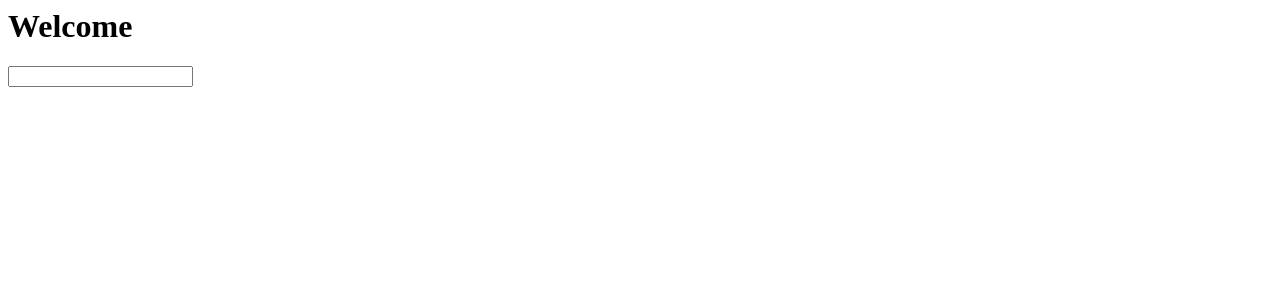
Repository: varshaumeshhs55/ServletProject
Page: LoginRegistrationApp/WebContent/index.html
The author's editor kept a copy of each file at every save. The page is drawn from the files as they stood at one save, then again after the next save.
The browser window is 1280 px wide. The pictures show the whole page.

Above is the page before, as saved 2019-01-22 07:07:29.

### LoginRegistrationApp/WebContent/index.html
<html>
<head>
<h1>Welcome</h1>
</head>
<body>
<form action="login" method="post">
<input type="text" name="email">
</form>
</body>
</html>

After the next save:
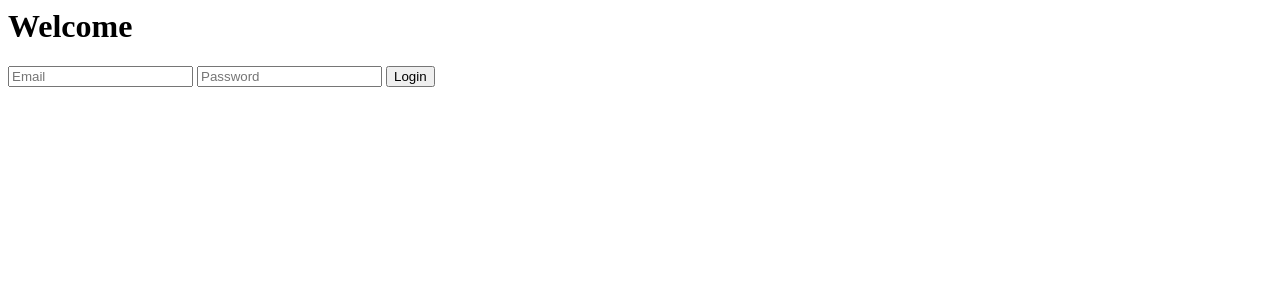
Saved 76 s later.
--- a/LoginRegistrationApp/WebContent/index.html
+++ b/LoginRegistrationApp/WebContent/index.html
@@ -4,7 +4,9 @@
 </head>
 <body>
 <form action="login" method="post">
-<input type="text" name="email">
+<input type="text" name="email" placeholder="Email">
+<input type="password" name="password" placeholder="Password">
+<input type="submit" value="Login">
 </form>
 </body>
 </html>
